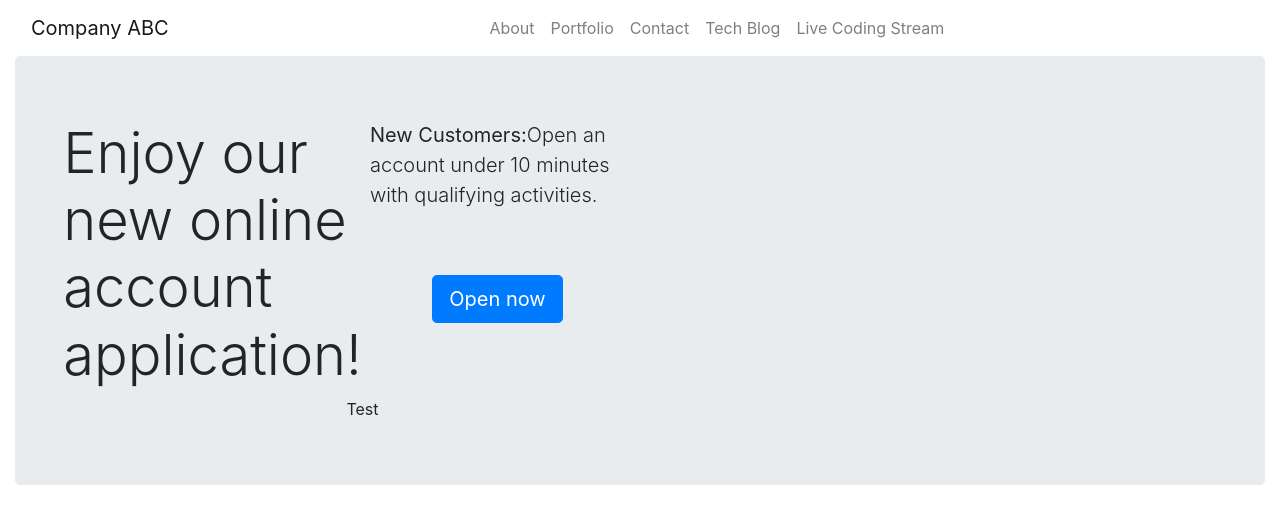
Repository: barriosan95/banking-opening-account-demo
Page: http://localhost/
The author's editor kept a record of every edit. The page is drawn from the files as they stood at one moment, then again after the next edit.
The browser window is 1280 px wide. The pictures show the whole page.
Some web fonts or font styles are not loaded; a fallback is used. Some web libraries are served in a nearby version. The page is served by the project's Node server (index.js).

Above is the page before.

### views/main.ejs
<% include ./partials/header %>

<div class="jumbotron">
    <div class = "container">
        <div class ="row">
            <div class ="col-md-3 d-flex flex-column align-items-center">
                <h4 class="display-4">Enjoy our new online account application!</h4>
            </div>
            <div class ="col-md-3 d-flex flex-column align-items-center">
                  <p class="lead"><b>New Customers:</b>Open an account under 10 minutes with qualifying activities.</p>
                    <hr class="my-4">
                    <p class="lead">
                    <a class="btn btn-primary btn-lg" href="#" role="button">Open now</a>
                </p>
            </div>

            </div>

            <div class ="col-md-6 d-flex flex-column align-items-center">
                Test
            </div>
        </div>
    </div>
</div>


<% include ./partials/footer %>

### views/partials/header.ejs
<!DOCTYPE HTML!>
<html>

    <head>


        <!--CDN Bootstrap v4.1.3-->
        <link rel="stylesheet" href="https://stackpath.bootstrapcdn.com/bootstrap/4.1.3/css/bootstrap.min.css">
        <link rel="stylesheet" href="https://cdnjs.cloudflare.com/ajax/libs/font-awesome/4.7.0/css/font-awesome.min.css">

        <!--font -->
        <link href="https://fonts.googleapis.com/css?family=Muli:200,300,400,700,800" rel="stylesheet">

        <!--Will ensure proper responsivness on mobile devices-->
        <meta name="viewport" content="width=device-width, initial-scale=1, shrink-to-fit=no">

        <title> Banking OA Demo </title>

        <meta name="viewport" content="width=device-width, initial-scale=1, maximum-scale=1, user-scalable=no">

    </head>

    <body>

    <!--NAVBAR-->
    <div class="container-fluid" id="navbardiv">
        <nav class="navbar navbar-expand-lg navbar-light">
            <a class="navbar-brand" href="/"> Company ABC </a>
            <button class="navbar-toggler" type="button" data-toggle="collapse" data-target="#navbarNavDropdown" aria-controls="navbarNavDropdown" aria-expanded="false" aria-label="Toggle navigation">
                <span class="navbar-toggler-icon"></span>
            </button>

            <div class="collapse navbar-collapse" id="navbarNavDropdown">
                <ul class="navbar-nav mx-auto">
                    <li class="nav-item">
                        <a class="nav-link" href="#about">About <span class="sr-only">(current)</span></a>
                    </li>
                    <li class="nav-item">
                        <a class="nav-link" href="#portafolio">Portfolio</a>
                    </li>
                    <li class="nav-item">
                        <a class="nav-link" href="#contact">Contact</a>
                    </li>
                    <li class="nav-item">
                        <a class="nav-link" id="techblogbtn" href="#techblog">Tech Blog</a>
                    </li>
                    <li class="nav-item">
                        <a class="nav-link" id="techblogbtn" href="#livestream">Live Coding Stream</a>
                    </li>
                </ul>
            </div>
        </nav>

### views/partials/footer.ejs

        <!--Bootstrap js scripts-->
        <script src="https://code.jquery.com/jquery-3.3.1.min.js" integrity="sha256-FgpCb/KJQlLNfOu91ta32o/NMZxltwRo8QtmkMRdAu8="crossorigin="anonymous"></script>
        <script src="https://cdnjs.cloudflare.com/ajax/libs/popper.js/1.12.9/umd/popper.min.js" integrity="sha384-ApNbgh9B+Y1QKtv3Rn7W3mgPxhU9K/ScQsAP7hUibX39j7fakFPskvXusvfa0b4Q" crossorigin="anonymous"></script>
        <script src="https://maxcdn.bootstrapcdn.com/bootstrap/4.0.0/js/bootstrap.min.js" integrity="sha384-JZR6Spejh4U02d8jOt6vLEHfe/JQGiRRSQQxSfFWpi1MquVdAyjUar5+76PVCmYl" crossorigin="anonymous"></script>
        <!--JS SCIPTs -->

        <script src="/js/forms.js"></script>
        <script src="https://cdn.jsdelivr.net/npm/jquerykeyframes@1.0.5/dist/jquery.keyframes.min.js"></script>

    </body>
</html>

### index.js
const express = require('express');


const mainRoutes = require('./routes/main');

//APP CONFIGURATIONS
var app = express();
    app.set('view engine','ejs');
    app.use(mainRoutes);





app.listen(process.env.PORT,process.env.IP,function(){
    console.log('Server established.');
});

### routes/main.js
const express = require('express');

const router = express.Router();

router.get("/", function(req,res){
    res.render('main');
});


module.exports = router;

Loaded but not shown: public/js/forms.js (no copy from this time; the picture is the same without it)

After the next edit:
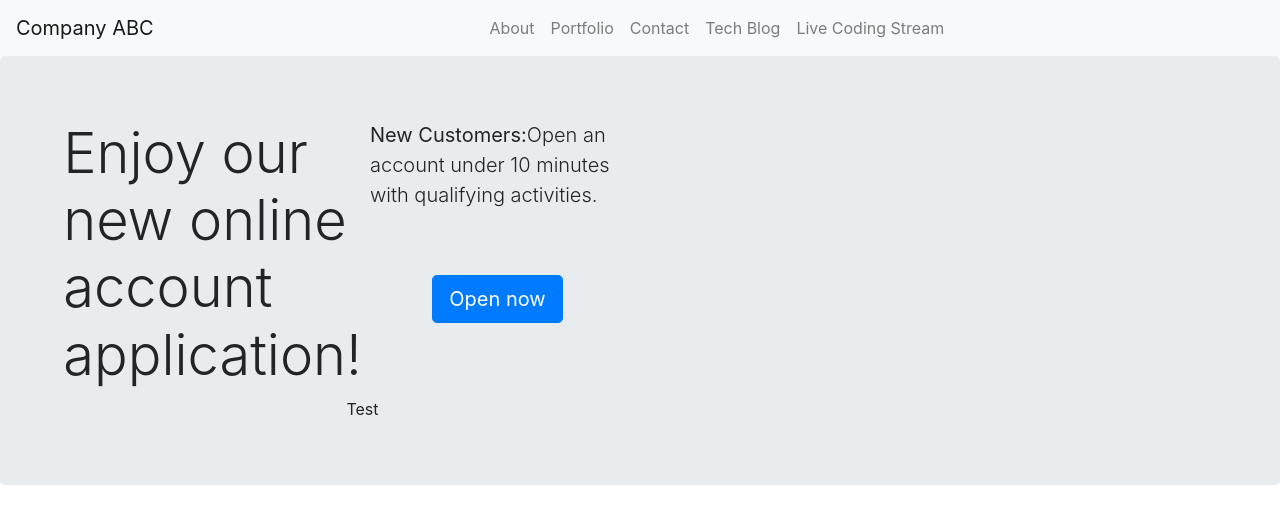
The edit:
--- a/views/partials/header.ejs
+++ b/views/partials/header.ejs
@@ -23,8 +23,7 @@
     <body>
 
     <!--NAVBAR-->
-    <div class="container-fluid" id="navbardiv">
-        <nav class="navbar navbar-expand-lg navbar-light">
+        <nav class="navbar navbar-expand-lg navbar-light bg-light">
             <a class="navbar-brand" href="/"> Company ABC </a>
             <button class="navbar-toggler" type="button" data-toggle="collapse" data-target="#navbarNavDropdown" aria-controls="navbarNavDropdown" aria-expanded="false" aria-label="Toggle navigation">
                 <span class="navbar-toggler-icon"></span>
